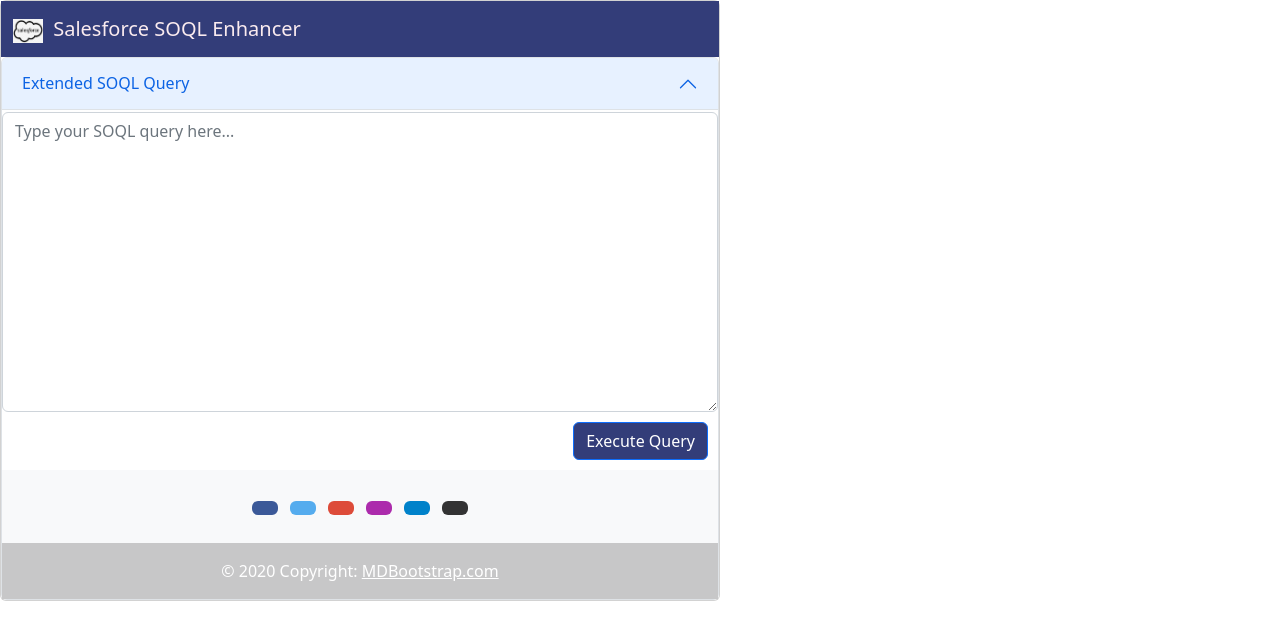
Repository: anweshpargi/salesforceExtension
Page: popup.html
The author's editor kept a copy of each file at every save. The page is drawn from the files as they stood at one save, then again after the next save.
The browser window is 1280 px wide. The pictures show the whole page.

Above is the page before, as saved 2023-08-28 10:29:31.
Not found: js/jsforce.js

### popup.html
<!DOCTYPE html>
<html lang="en">

<head>
    <meta charset="UTF-8">
    <meta http-equiv="X-UA-Compatible" content="IE=edge">
    <meta name="viewport" content="width=device-width, initial-scale=1.0">
    <link rel="stylesheet" href="bootstrap/css/bootstrap.min.css">

    <script src="bootstrap/js/bootstrap.min.js" type="text/javascript"></script>
    <script src="js/jsforce.js" type="text/javascript"></script>
    <!-- JavaScript Bundle with Popper -->

    <title> Salesforce Test Class Data Generator</title>
</head>


<body style="width: 720px">
    <div class="card">
        <nav class="navbar" style="background-color: #333D79FF;">
            <div class="container-fluid">
                <a class="navbar-brand" style="color: #FAEBEFFF;" href="#">
                    <img src="/icon.png" alt="Logo" width="30" height="24" style="margin-right: 5px;"
                        class="d-inline-block">
                    Salesforce SOQL Enhancer
                </a>
            </div>
        </nav>

        <div class="accordion" id="accordionExample">
            <div class="accordion-item">
                <h2 class="accordion-header" id="headingOne">
                    <button class="accordion-button" type="button" data-bs-toggle="collapse"
                        data-bs-target="#collapseOne" aria-expanded="true" aria-controls="collapseOne">
                        Extended SOQL Query
                    </button>
                </h2>
                <div id="collapseOne" class="accordion-collapse collapse show" aria-labelledby="headingOne"
                    data-bs-parent="#accordionExample">

                    <div class="">
                        <textarea style="margin-top: 2px; height: 300px;" class="form-control"
                            placeholder="Type your SOQL query here..." id="floatingtextarea"></textarea>
                    </div>
                    <div style="text-align: right; margin: 10px;">
                        <span id="loader" style="display: none;">
                            <span class="spinner-border text-primary"  role="status"></span>
                            <span style="color: darkblue;"> &nbsp; Processing wait... </span>
                            <span style="color: darkblue;" id="count">  </span>&nbsp;
                        </span>
                        <span>
                            <button class="btn btn-success"  style="display: none;" id="downloadExcel" type="">Download Excel</button>
                        </span>
                        <button class="btn btn-primary" style="background-color: #333D79FF;"  id="getbutton" type="">Execute Query</button>
                    </div>
                </div>

                <footer class="bg-light text-center text-white">
                    <!-- Grid container -->
                    <div class="container p-4 pb-0">
                      <!-- Section: Social media -->
                      <section class="mb-4">
                        <!-- Facebook -->
                        <a
                          class="btn text-white btn-floating m-1"
                          style="background-color: #3b5998;"
                          href="#!"
                          role="button"
                          ><i class="fab fa-facebook-f"></i
                        ></a>

                        <!-- Twitter -->
                        <a
                          class="btn text-white btn-floating m-1"
                          style="background-color: #55acee;"
                          href="#!"
                          role="button"
                          ><i class="fab fa-twitter"></i
                        ></a>

                        <!-- Google -->
                        <a
                          class="btn text-white btn-floating m-1"
                          style="background-color: #dd4b39;"
                          href="#!"
                          role="button"
                          ><i class="fab fa-google"></i
                        ></a>

                        <!-- Instagram -->
                        <a
                          class="btn text-white btn-floating m-1"
                          style="background-color: #ac2bac;"
                          href="#!"
                          role="button"
                          ><i class="fab fa-instagram"></i
                        ></a>

                        <!-- Linkedin -->
                        <a
                          class="btn text-white btn-floating m-1"
                          style="background-color: #0082ca;"
                          href="#!"
                          role="button"
                          ><i class="fab fa-linkedin-in"></i
                        ></a>
                        <!-- Github -->
                        <a
                          class="btn text-white btn-floating m-1"
                          style="background-color: #333333;"
                          href="#!"
                          role="button"
                          ><i class="fab fa-github"></i
                        ></a>
                      </section>
                      <!-- Section: Social media -->
                    </div>
                    <!-- Grid container -->

                    <!-- Copyright -->
                    <div class="text-center p-3" style="background-color: rgba(0, 0, 0, 0.2);">
                      © 2020 Copyright:
                      <a class="text-white" href="https://mdbootstrap.com/">MDBootstrap.com</a>
                    </div>
                    <!-- Copyright -->
                  </footer>

            </div>
        </div>
    </div>

</body>
<script type="text/javascript" src="js/popup.js"></script>
<script type="text/javascript" src="js/xlsx.full.min.js"></script>

</html>

### js/popup.js
//store connection... con object
var conn = undefined;
var inputQuery = undefined;

console.log('popup js loaded succesfully')
document.querySelector('#getbutton').addEventListener('click', () => {
  console.log('XLSX ' + XLSX);
  console.log('method invoked on button click')
  chrome.tabs.query({ active: true, currentWindow: true }, (tabs) => {
    console.log('inside tabs query')
    var tab = tabs[0]
    var instanceUrl = tab.url.split('.')[0] + '.my.salesforce.com'
    console.log(tab)
    var domainUrl = new URL(tab.url)
    var sessionId = undefined
    if (
      tab.url &&
      (tab.url.includes('.lightning.force.com') ||
        tab.url.includes('.salesforce.com'))
    ) {
      var port = chrome.runtime.connect({ name: 'knockknock' })
      port.postMessage({ host: instanceUrl.replace('https://', '') })
      port.onMessage.addListener(function (msg) {
        console.log('response from backgroundjs' + msg.ssid)
        sessionId = msg.ssid
        if (sessionId) {
          console.log('session id received  ', sessionId)
          conn = new jsforce.Connection({
            serverUrl: instanceUrl,
            instanceUrl: instanceUrl,
            sessionId: sessionId,
            version: '50.0',
          }) //jsforce
          console.log('connection', conn)
          getQueryInput()
        } else {
          alert('Salesforce Session Not found')
        }
      })
    } else {
      alert(
        'Not a Salesforce Domain!, Keep Salesforce Tab Active and Run again',
      )
    }
  })
})

function getQueryInput() {
  try {
    if (conn) {
      inputQuery = document
        .querySelector('#floatingtextarea')
        .value.replace(/\s\s+/g, ' ')
        .trim()
      console.log('Input query by user >> ' + inputQuery)
      processQuery(inputQuery);
    } else {
      alert('Connection not available')
    }
  } catch (error) {
    alert('Something went wrong ' + error.name)
  }
}

var records = [];
var processedQueries = [];
var recordCount = 0;
var countElement = undefined;

async function processQuery(query) {
  countElement = document.getElementById('count');
  recordCount = 0;
  records = [];
  processedQueries = [];
  try {
    isDisableExecute(true);
    showDownloadExcel(false);
    showSpinner(true);
    var match = query.match(/\(([^)]+)\)/i)
    if (match && query.length > 4000) {
      console.log('match and lenght pass');
      var valuesString = match[1];
      console.log('valuesString>> ' + valuesString);
      var valuesList = valuesString.split(',');

      var batchSize = 100;

      for (let i = 0; i < valuesList.length; i += batchSize) {
        // Slice a batch of values
        var batch = valuesList.slice(i, i + batchSize);
        // Join batch values with commas to create a new values string
        var batchValuesString = batch.join(',');

        // Replace values within parentheses with the batch values
        var modifiedQuery = query.replace(valuesString, batchValuesString);
        //console.log('modifiedQurery  >>' + modifiedQuery);
        // Store the modified query in the processedQueries array
        processedQueries.push(modifiedQuery);
        console.log('count ' + i);
        await executeQueryToDatabase(modifiedQuery);
      }
      console.log('final records length ' + records.length);
      console.log('records stingify ' + JSON.stringify(records));
      showSpinner(false);
      showDownloadExcel(true);
      isDisableExecute(false);
      //return processedQueries;
      //executeQueryToDatabase(query);
    } else {
      executeQueryToDatabase(query);
      showSpinner(false);
      showDownloadExcel(true);
      isDisableExecute(false);
    }
  } catch (error) {
    showSpinner(false);
    isDisableExecute(false);
    showDownloadExcel(false);
    alert(error.name)
    console.log(error)
  }
}

async function executeQueryToDatabase(inputQuery) {
  console.log('modified Query ' + inputQuery);
  var query = await conn
    .query(inputQuery)
    .on('record', function (record) {
      // console.log('@@ records push' + record.length)
      ++recordCount;
      console.log('@@@ ' + recordCount);
      countElement.innerHTML = recordCount;
      let { attributes, ...rec } = record;
      records.push(rec);
      // console.log('records output' + records)
    })
    .on('end', function () {
      console.log('@@ total in database : ' + query.totalSize)
      console.log('@@ total fetched : ' + query.totalFetched)
    })
    .on('error', function (err) {
      alert('ERROR NAME: ' + err.name)
      console.error(err)
    })
    .run({ autoFetch: true, maxFetch: 100000 })
}


document.querySelector('#downloadExcel').addEventListener('click', function() {
  console.log('clicked button excel');
  const exportButton = document.getElementById('downloadExcel');
  console.log('exportButton  ' + exportButton);
  console.log('XLSX' + XLSX);

  // const data = [
  //   { Name: 'John', Age: 30 },
  //   { Name: 'Jane', Age: 25 }
  // ];


  const ws = XLSX.utils.json_to_sheet(records);
  const wb = XLSX.utils.book_new();
  XLSX.utils.book_append_sheet(wb, ws, 'Sheet1');

  // Convert the workbook to an ArrayBuffer
  const wbArrayBuffer = XLSX.write(wb, { bookType: 'xlsx', type: 'array' });

  // Create a Blob from the ArrayBuffer
  const blob = new Blob([wbArrayBuffer], {
    type: 'application/vnd.openxmlformats-officedocument.spreadsheetml.sheet'
  });

    const url = URL.createObjectURL(blob);

    const a = document.createElement('a');
    a.href = url;
    const currentDatetime = new Date().toISOString().replace(/[-:.]/g, '');

    const encodedFileName = encodeURIComponent(`exported_data_${currentDatetime}.xlsx`);

    a.download = encodedFileName;
    a.click();

    // Clean up
    setTimeout(function() {
      URL.revokeObjectURL(url);
    }, 0);
    alert(`${encodedFileName} downloaded succefully`);
});

function showSpinner(isShow){
  if(isShow){
    console.log('isshowspinner true');
    document.getElementById('loader').style.display = "inline";
  }else{
    document.getElementById('loader').style.display = "none";
  }
}

function showDownloadExcel(isShow){
  if(isShow){
    document.getElementById('downloadExcel').style.display = "inline";
  }else{
    document.getElementById('downloadExcel').style.display = "none";
  }
}

function isDisableExecute(isDisable){
    document.getElementById('getbutton').disabled = isDisable;
}

Loaded but not shown: bootstrap/css/bootstrap.min.css (library); bootstrap/js/bootstrap.min.js (library); js/xlsx.full.min.js (library)

After the next save:
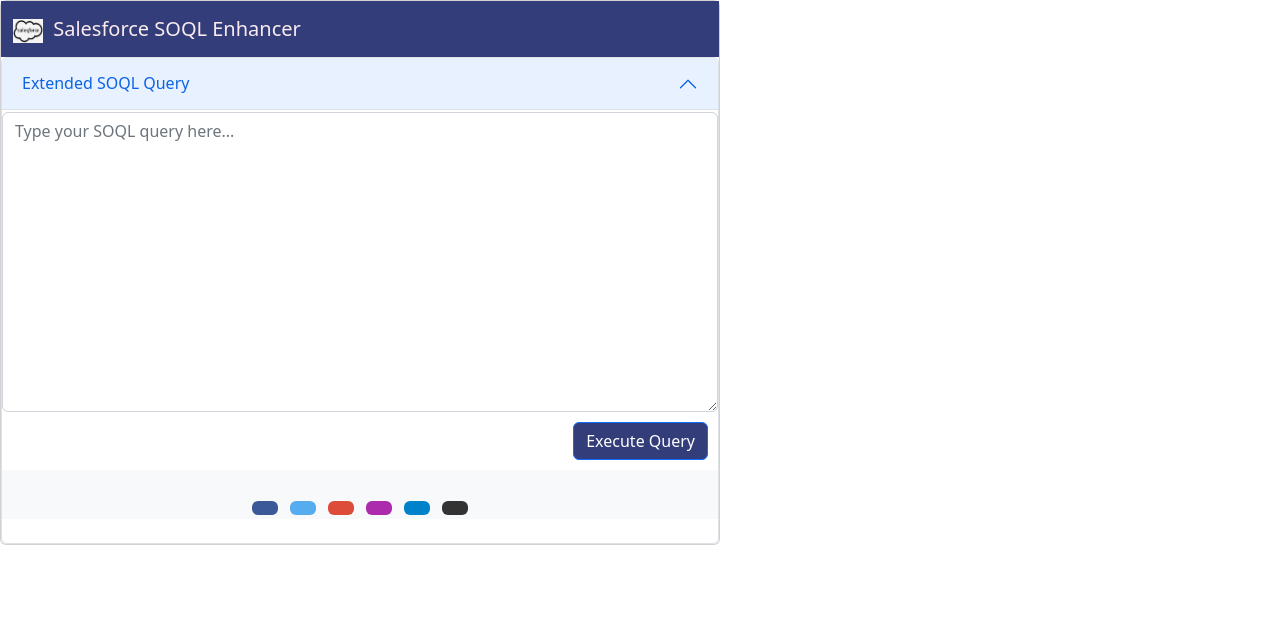
Saved 44 s later.
--- a/popup.html
+++ b/popup.html
@@ -118,10 +118,10 @@
                     <!-- Grid container -->
 
                     <!-- Copyright -->
-                    <div class="text-center p-3" style="background-color: rgba(0, 0, 0, 0.2);">
+                    <!-- <div class="text-center p-3" style="background-color: rgba(0, 0, 0, 0.2);">
                       © 2020 Copyright:
                       <a class="text-white" href="https://mdbootstrap.com/">MDBootstrap.com</a>
-                    </div>
+                    </div> -->
                     <!-- Copyright -->
                   </footer>
 
